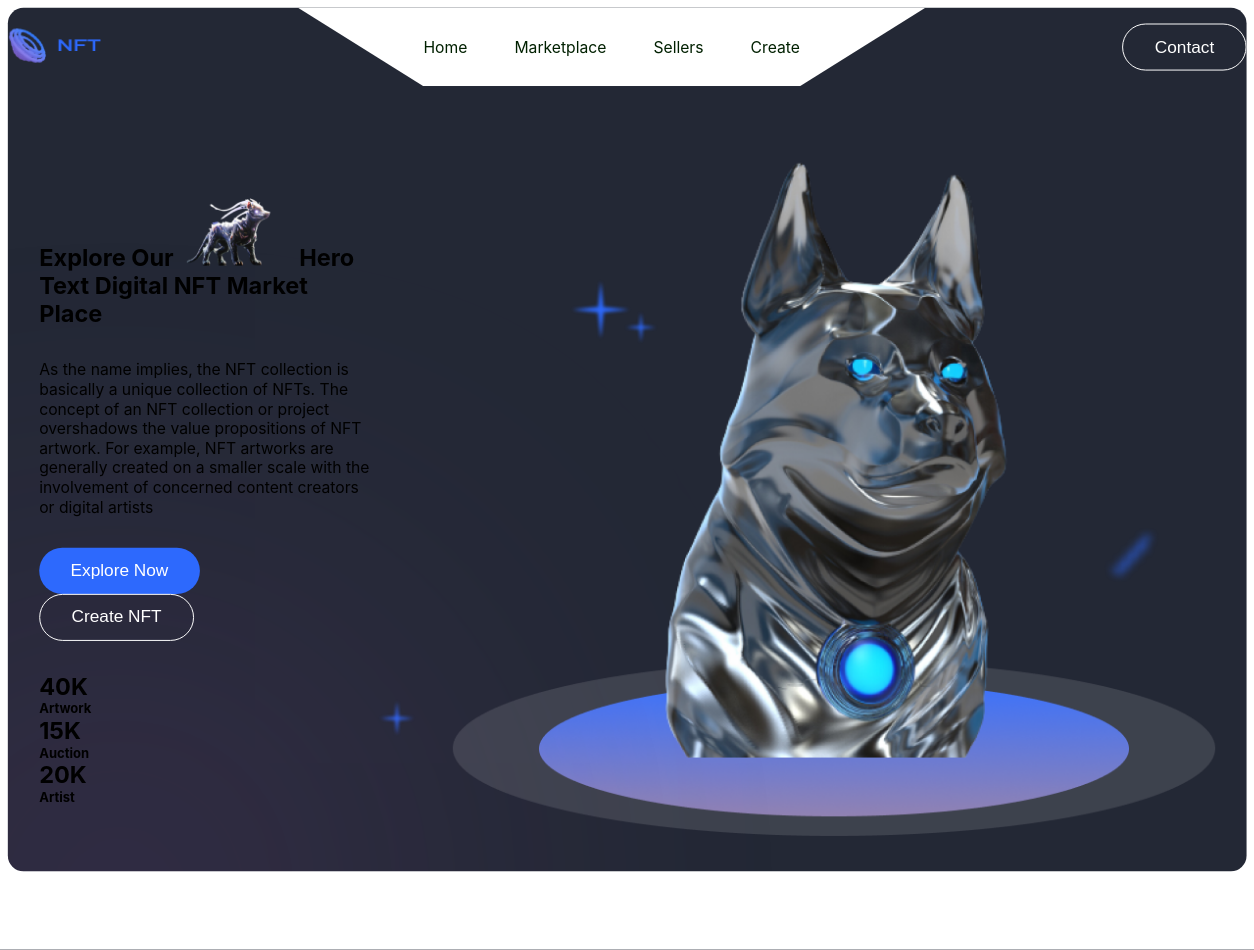
Repository: Ellisvelandia/NFT
Page: /
These files come from the project's save history. The page is drawn as it stood at one moment and after a run of saves; the edit follows.
The browser window is 1280 px wide. The pictures show the whole page, at 98% of full size.
The project was rebuilt for these pictures with package versions that can differ from the ones it lists, and the page was loaded fresh each time.

Above is the page before, as saved 2022-08-21 15:29:27.

After the next 2 saves:
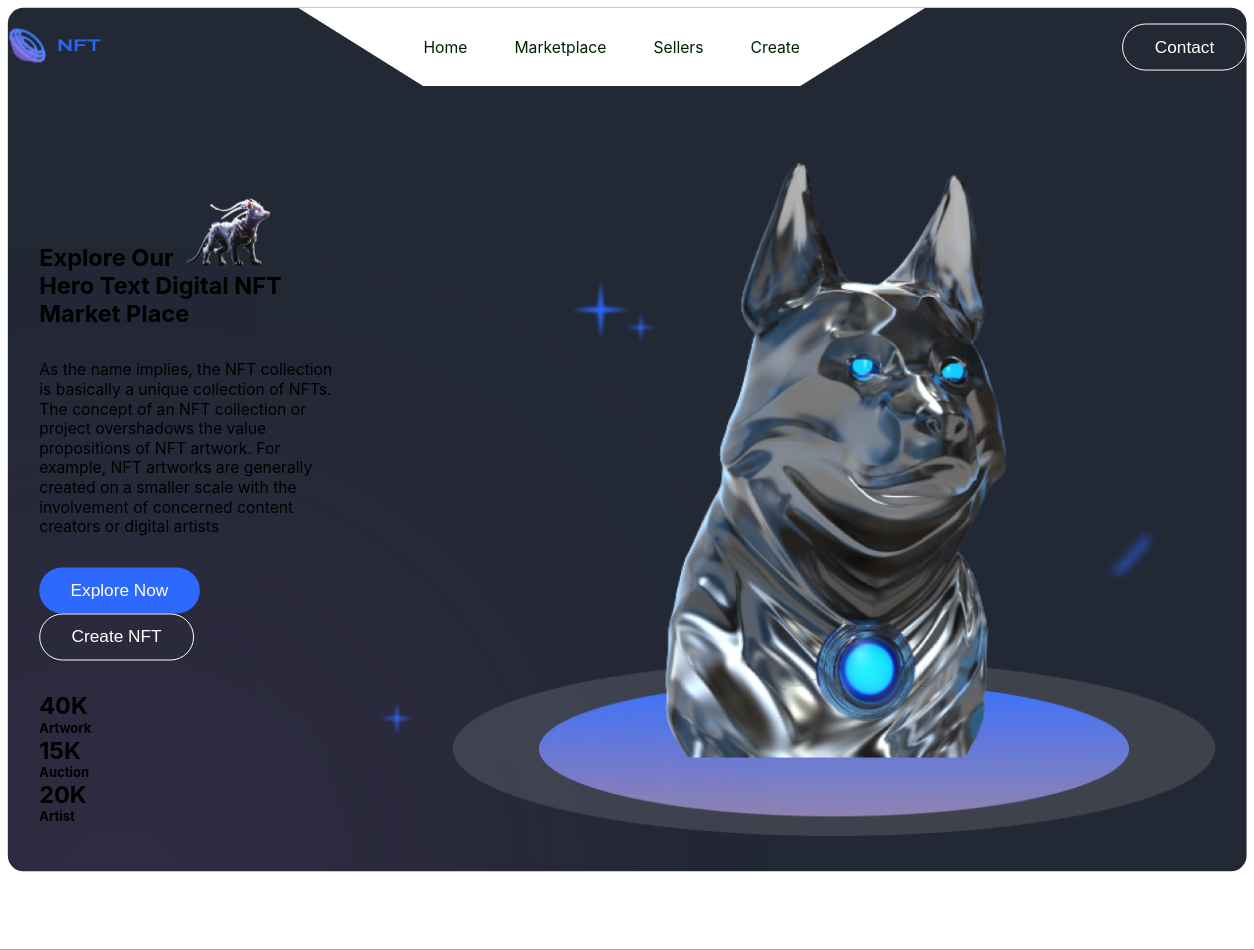
The 2 saves are shown as one change because they came seconds apart.
The last was saved 5 s later.
--- a/src/components/Home.jsx
+++ b/src/components/Home.jsx
@@ -82,7 +82,7 @@
       flex-direction:column;
       gap:2rem;
       margin-top:5rem;
-
+      padding-right:2rem;
     }
   }
 `;
